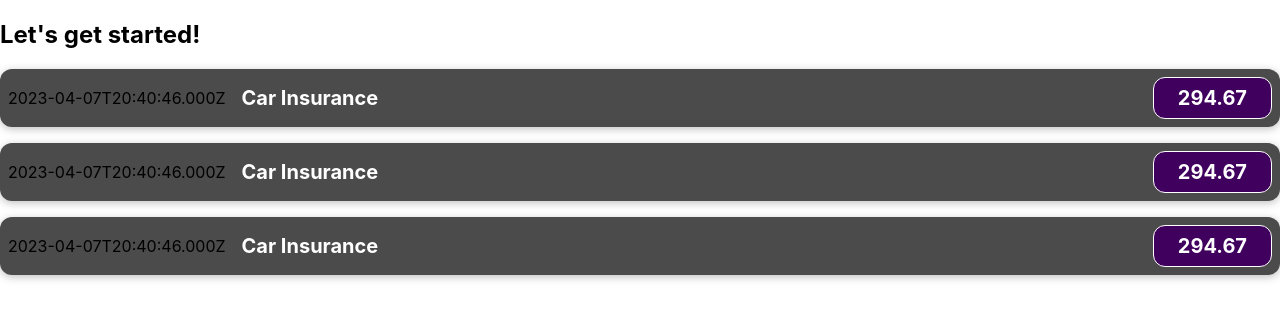
Repository: andresmazza/react-lesson
Page: /
The author's editor kept a copy of each file at every save. The page is drawn from the files as they stood at one save, then again after a run of saves.
The browser window is 1280 px wide. The pictures show the whole page.
The project was rebuilt for these pictures with package versions that can differ from the ones it lists, and the page was loaded fresh each time. Also part of the build but not shown: src/App.css.

Above is the page before, as saved 2023-04-07 23:14:42.

After the next 3 saves:
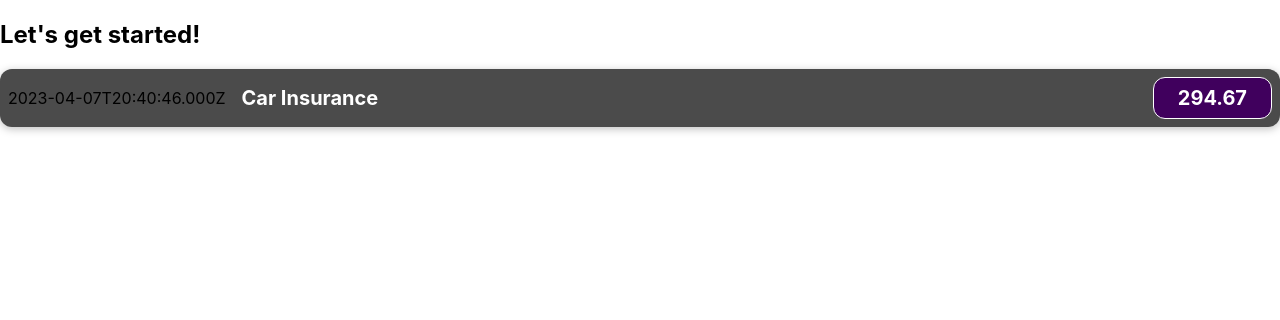
The 3 saves are shown as one change because 2 did not build or start.
The last was saved 21 min 21 s later.
--- a/src/App.js
+++ b/src/App.js
@@ -2,12 +2,15 @@ import logo from './logo.svg';
 import './App.css';
 import ExpenseItem from './components/ExpenseItem';
 function App() {
+  const expenses = [
+    { title: 'Car Insurance', amount: 33.33, date: new Date() },
+    { title: 'test3', amount: 22.23, date: new Date() },
+    { title: 'test#', amount: 43.33, date: new Date() },
+  ];
   return (
     <div>
       <h2>Let's get started!</h2>
-      <ExpenseItem></ExpenseItem>
-      <ExpenseItem></ExpenseItem>
-      <ExpenseItem></ExpenseItem>
+      <ExpenseItem title="test"></ExpenseItem>
     </div>
   );
 }
